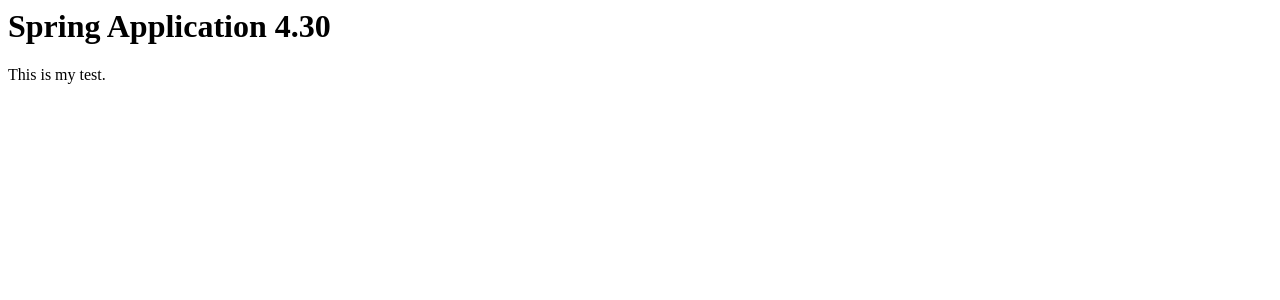
Repository: marcosmh/app-spring
Page: http://localhost/springapp/
An editor plug-in stored every save of this project. The page is shown before and after the next save, followed by the edit.
The browser window is 1280 px wide. The pictures show the whole page.
The page is served by Tomcat 9. Other server files are loaded and not shown.

Above is the page before, as saved 2023-06-07 17:09:33.

### springapp/src/main/webapp/index.jsp
<html>
  <head><title>Spring Application 4.30</title></head>
  <body>
    <h1>Spring Application 4.30</h1>
    <p>This is my test.</p>
  </body>
</html>

After the next save:
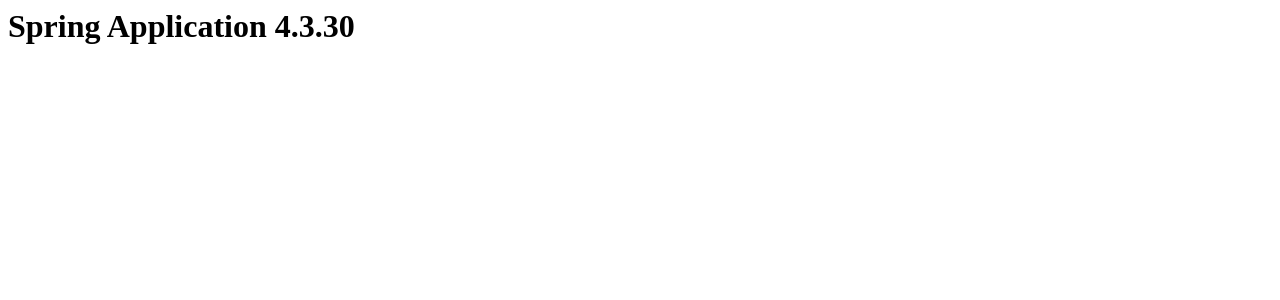
Saved 115 s later.
--- a/springapp/src/main/webapp/index.jsp
+++ b/springapp/src/main/webapp/index.jsp
@@ -1,7 +1,6 @@
 <html>
   <head><title>Spring Application 4.30</title></head>
   <body>
-    <h1>Spring Application 4.30</h1>
-    <p>This is my test.</p>
+    <h1>Spring Application 4.3.30</h1>
   </body>
 </html>
